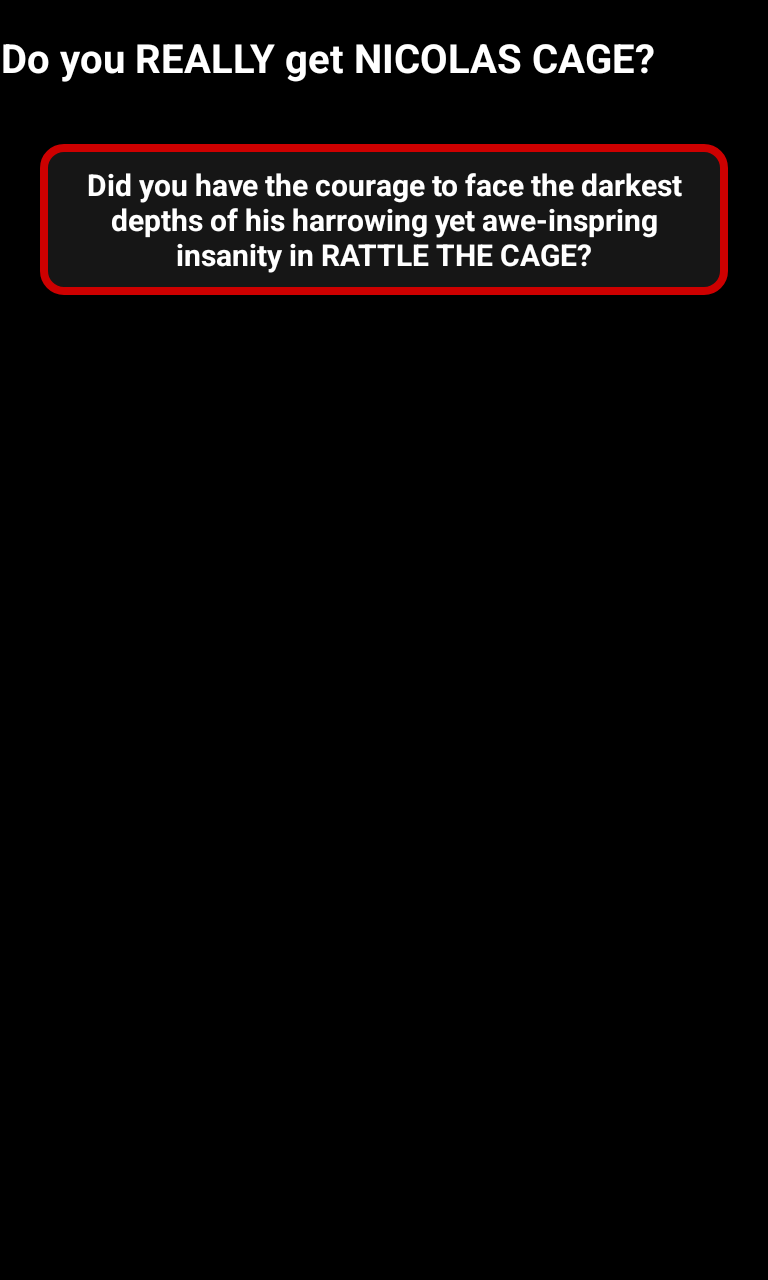
Repository: kylenicola/NicCageMobileApp
Layout: NicolasCageApp/res/layout/activity_score_menu.xml
An editor plug-in stored every save of this project. The layout is shown before and after the next save, followed by the edit.
It is drawn on a 768 x 1280 px phone screen (xhdpi) without system bars, with theme AppTheme; the app's code is not run.

Above is the layout before, as saved 2014-12-04 02:40:18.

After the next save:
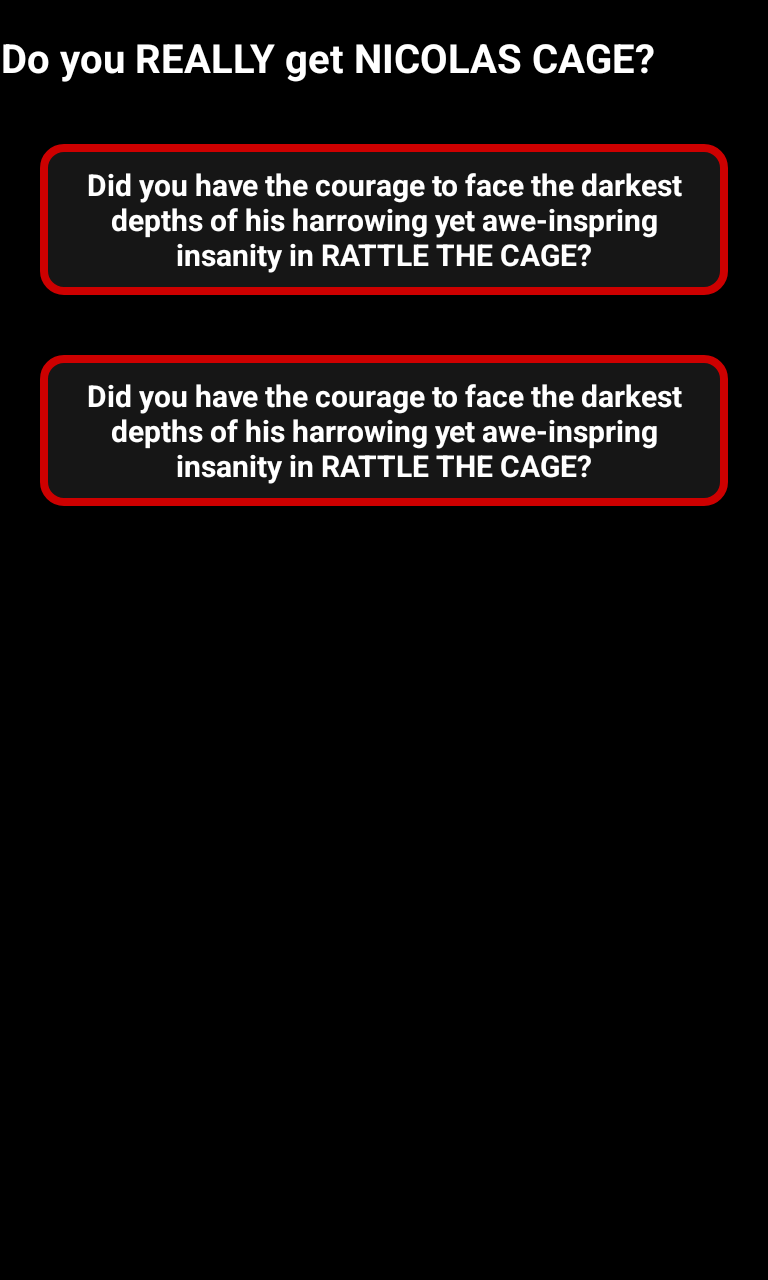
Saved 79 s later.
--- a/NicolasCageApp/res/layout/activity_score_menu.xml
+++ b/NicolasCageApp/res/layout/activity_score_menu.xml
@@ -33,6 +33,22 @@
 	    android:radius="10dp"
 	    android:OnClick="onClickRattleTheCageScore" />
 
+	 <Button
+		android:id="@+id/button_scoreABCs"
+	    android:layout_width="wrap_content"
+	    android:layout_height="wrap_content"
+	    android:layout_gravity="center"
+	    android:layout_marginTop="30dp"
+	    android:layout_marginLeft="20dp"
+	    android:layout_marginRight="20dp"
+	    android:background="@drawable/score_menu_rattlecage_button_style"
+	    android:text="@string/rattle_the_cage_score_description"
+	    android:textColor="@android:color/white"
+	    android:textStyle="bold"
+	    android:textSize="15sp"
+	    android:radius="10dp"
+	    android:OnClick="onClickRattleTheCageScore" />
+
 
 
 
